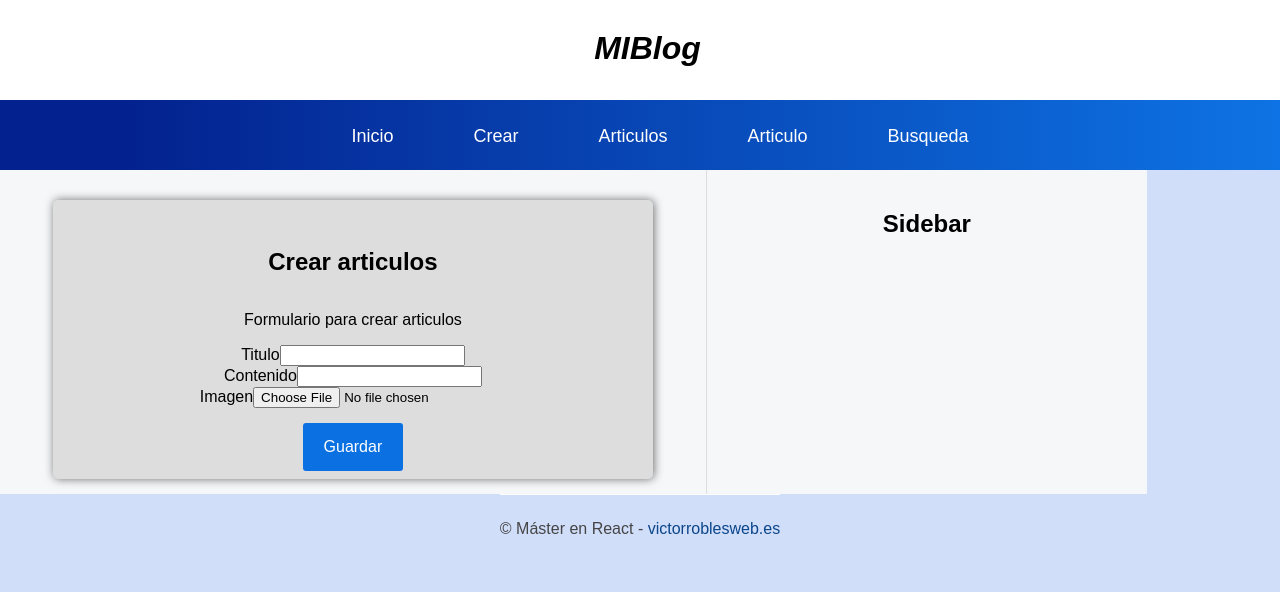
Repository: DamianBermudez94/frondEnd-blog
Page: /crear
The author's editor kept a copy of each file at every save. The page is drawn from the files as they stood at one save, then again after the next save.
The browser window is 1280 px wide. The pictures show the whole page.
The project was rebuilt for these pictures with package versions that can differ from the ones it lists, and the page was loaded fresh each time. Also part of the build but not shown: vite.config.js, src/components/pages/Inicio.jsx, src/components/pages/Busqueda.jsx, src/helper/Global.jsx, src/helper/Peticion.jsx, src/components/pages/Listado.jsx, src/components/pages/Articulos.jsx, src/components/pages/Articulo.jsx.

Above is the page before, as saved 2023-08-14 19:15:10.

### index.html
<!doctype html>
<html lang="es">
  <head>
    <meta charset="UTF-8" />
    <link rel="icon" type="image/svg+xml" href="/vite.svg" />
    <meta name="viewport" content="width=device-width, initial-scale=1.0" />
    <title>Proyecto-blog</title>
  </head>
  <body>
    <div id="root"></div>
    <script type="module" src="/src/main.jsx"></script>
  </body>
</html>

### src/main.jsx

import ReactDOM from 'react-dom/client'
import App from './App.jsx'
import './index.css'

ReactDOM.createRoot(document.getElementById('root')).render(

    <App />

)

### src/App.jsx
import { Rutas } from "./router/rutas"



function App() {


  return (
    <div className="layout">
      <Rutas></Rutas>
    </div>
  )
}

export default App

### src/index.css
/*:root {
  font-family: Inter, system-ui, Avenir, Helvetica, Arial, sans-serif;
  line-height: 1.5;
  font-weight: 400;

  color-scheme: light dark;
  color: rgba(255, 255, 255, 0.87);
  background-color: #242424;

  font-synthesis: none;
  text-rendering: optimizeLegibility;
  -webkit-font-smoothing: antialiased;
  -moz-osx-font-smoothing: grayscale;
  -webkit-text-size-adjust: 100%;
}

a {
  font-weight: 500;
  color: #646cff;
  text-decoration: inherit;
}
a:hover {
  color: #535bf2;
}

body {
  margin: 0;
  display: flex;
  place-items: center;
  min-width: 320px;
  min-height: 100vh;
}

h1 {
  font-size: 3.2em;
  line-height: 1.1;
}

button {
  border-radius: 8px;
  border: 1px solid transparent;
  padding: 0.6em 1.2em;
  font-size: 1em;
  font-weight: 500;
  font-family: inherit;
  background-color: #1a1a1a;
  cursor: pointer;
  transition: border-color 0.25s;
}
button:hover {
  border-color: #000bdb;
}
button:focus,
button:focus-visible {
  outline: 4px auto -webkit-focus-ring-color;
}

@media (prefers-color-scheme: light) {
  :root {
    color: #213547;
    background-color: #ffffff;
  }
  a:hover {
    color: #000dff;
  }
  button {
    background-color: #f9f9f9;
  }
}*/


/*ESTILOS GENERALES*/

body{
  background: #d1defa;
  font-family: sans-serif, Arial, Helvetica;
  text-align: center;
  padding: 0px;
  margin: 0px;
  box-sizing: border-box;

}

.layout{
  display: grid;
  grid-template-areas:
      "header header header header"
      "nav nav nav nav"
      "content content content lateral"
      "footer footer footer footer"
  ;
  grid-template-rows: 100px 70px auto 70px;
}

/*ESTILOS CABECERA*/

.header{
  grid-area: header;
  width: 100%;
  background: white;
  text-align: left;
  font-style: italic;

  display: flex;
  justify-content: center;
}



.header h1{
  margin-left: 15px;
  margin-top: 30px;
}

/*ESTILOS DE LA BARRA DE NAVEGACIÓN*/

.nav{
  grid-area: nav;
  background: linear-gradient(90deg, #03228f 10%, #0e73e4 100%);
}

.nav > ul {
  display: flex;
  justify-content: center;
  align-items: center;
  list-style: none;
}

.nav li{
  padding: 10px;
}

.nav a {
  display: block;
  margin-left: 30px;
  margin-right: 30px;
  font-size: 18px;
  font-weight: lighter;
  color: white;
  text-decoration: none;
  transition: all 300ms;
}

.nav a:hover{
  transform: scale(1.1, 1.1);
}

/*ESTILOS PARA EL CONTENIDO PRINCIPAL*/

.content{

  grid-area: content;
  background: #f6f7f9;
  display: flex;
  flex-flow: wrap;
  justify-content: flex-start;
  align-items: initial;
  flex-grow: 1;
}
.jumbo{
  width: 85%;
  height: 80%;
  padding-top: 20px;
  display: flex;
  background-color: #ddd;
  justify-content: center;
  align-items: center;
  flex-direction: column;
  border-radius: 5px;
  box-shadow: 1px 0px 10px 0px #6e6e6e;
  margin: 30px auto;
}
.articulo-item{
  flex-grow: 1;
  background: white;
  border-radius: 10px;
  box-shadow: 0px 0px 6px #ddd;
  margin: 20px;
  padding-top: 60px;
  padding-bottom: 60px;
  padding-left: 25px;
  padding-right: 25px;
  display: flex;
  justify-content: center;
  align-items: center;
  max-height: 225px;
}
.articulo-img img{
  width: 500px;
  overflow: hidden;
}
.articulo-item .edit{
  margin-right: 7px;
}
.articulo-datos{
  text-align: left;
}
.title-articulo{
  font-size: 25px;

}
.button,
button,
input[type="submit"],
input[type="button"]{
  width: 100px;
  background: #0b70e1;
  color: white;
  border: 0;
  outline: 0;
  padding:15px;
  border-radius: 3px;
  margin-top:15px;
  text-transform: capitalize;
  font-size: 16px;
  font-weight: 500;
  cursor: pointer;
  transition: all 300ms;
}
.articulo-borrar{
  margin-right: 20px;
}
.articulo-item .articulo-borrar:hover{

  background: #9b0202;
}

.articulo-item .articulo-editar:hover{
  background: #e77b00;
}

/*ESTILOS BARRA LATERAL*/

.lateral{
  width: 400px;
  grid-area: lateral;
  background: #f6f7f9;
  border-left: 1px solid #ddd;
  padding: 20px;
}

.lateral > div{
  box-sizing: border-box;
  width: 90%;
  margin: 20px;
  padding: 20px;
  padding-top: 10px;
  background: white;
  border-radius: 10px;
  box-shadow: 0px 0px 6px #ddd;
}

.lateral input[type="text"],
.lateral input[type="text"],
.lateral textarea,
.edit_form input[type="text"],
.edit_form input[type="text"],
.edit_form textarea
{
  display: block;
  margin: 0 auto;
  margin-top: 15px;
  padding: 12px;
  border-radius: 5px;
  background: #f6f7f9;
  color: #454545;
  width: 80%;
  max-width: 250px;
  min-width: 250px;
  min-height: 30px;
  max-height: 250px;
  opacity: 4;
  outline: 0;
  border-color: transparent;
}
.no-encontrado{
  color: #9b0202;
}
.edit_form{
  border-top: 1px solid #ddd;
  margin-top: 10px;
}

/*ESTILOS PARA EL PIE DE PÁGINA*/
.footer{
  max-height: 300px;
  grid-area: footer;
  margin: 0 auto;
  background-color: #d1defa;
  color: #454545;
  border-top: 1px solid white;

  line-height: 68px;

}

.footer a{
  color: #0b468a;
  text-decoration: none;
}

@media (max-width: 1085px){
  .content {
      flex-flow: column wrap;
      justify-content: center;
      align-items: center;
  }

  .articulo-item{
      width: 80%;
  }
}

### src/router/rutas.jsx

import { BrowserRouter, Routes, Route } from "react-router-dom";
import { Inicio } from "../components/pages/Inicio";
import { Busqueda } from "../components/pages/Busqueda";
import { Crear } from "../components/pages/Crear";
import Articulos from "../components/pages/Articulos";
import { Articulo } from "../components/pages/Articulo";
import { Header } from "../components/layout/Header";
import { Nav } from "../components/layout/Nav";
import { Footer } from "../components/layout/Footer";
import { Sidebar } from "../components/layout/Sidebar";


export const Rutas = ()=>{

    return(

        <BrowserRouter>
            {/*Layout*/}
            <Header></Header>
            <Nav></Nav>
            {/*Contenido principal y rutas*/}
            <section id="content" className="content">
                <Routes>
                    <Route path="/" element={<Inicio/>}/>
                    <Route path="/inicio" element={<Inicio/>}/>
                    <Route path="/busqueda" element={<Busqueda/>}/>
                    <Route path="/crear" element={<Crear/>}/>
                    <Route path="/articulos" element={<Articulos/>}/>
                    <Route path="/articulo" element={<Articulo/>}/>
                </Routes>
            </section>
            <Sidebar/>
            <Footer></Footer>
        </BrowserRouter>

    )

}

### src/components/pages/Crear.jsx


export const Crear = () => {
  return (
    <div className="jumbo">
      <h1>Crear articulos</h1>
      <p>Formulario para crear articulos</p>
      <form>
        <div className="grup-form">
          <label htmlFor="titulo">Titulo</label>
          <input type="text" />
        </div>
        <div className="grup-form">
          <label htmlFor="contenido">Contenido</label>
          <input type="textarea"/>
        </div>
        <div className="grup-form">
          <label htmlFor="">Imagen</label>
          <input type="file" />
        </div>
        <input type="submit" value="Guardar" className="btn btn-succes" />
      </form>
    </div>
  );
};

### src/components/layout/Header.jsx
import React from 'react'

export const Header = () => {
  return (

         <header className="header">
            <h1>MIBlog</h1>
        </header>

  )
}

### src/components/layout/Nav.jsx
import React from 'react'
import { NavLink } from 'react-router-dom'

export const Nav = () => {
  return (

           <nav className="nav">
            <ul>
                <li><NavLink to="/#">Inicio</NavLink></li>
                <li><NavLink to="/crear">Crear</NavLink></li>
                <li><NavLink to="/articulos">Articulos</NavLink></li>
                <li><NavLink to="/articulo">Articulo</NavLink></li>
                <li><NavLink to="/busqueda">Busqueda</NavLink></li>

            </ul>
        </nav>

  )
}

### src/components/layout/Footer.jsx
import React from 'react'

export const Footer = () => {
  return (

         <footer className="footer">
            &copy; Máster en React - <a href="https://victorroblesweb.es">victorroblesweb.es</a>
        </footer>

  )
}

### src/components/layout/Sidebar.jsx
import React from 'react'

export const Sidebar = () => {
  return (
        <aside className="lateral">

            <h1>Sidebar</h1>

        </aside>

  )
}

After the next save:
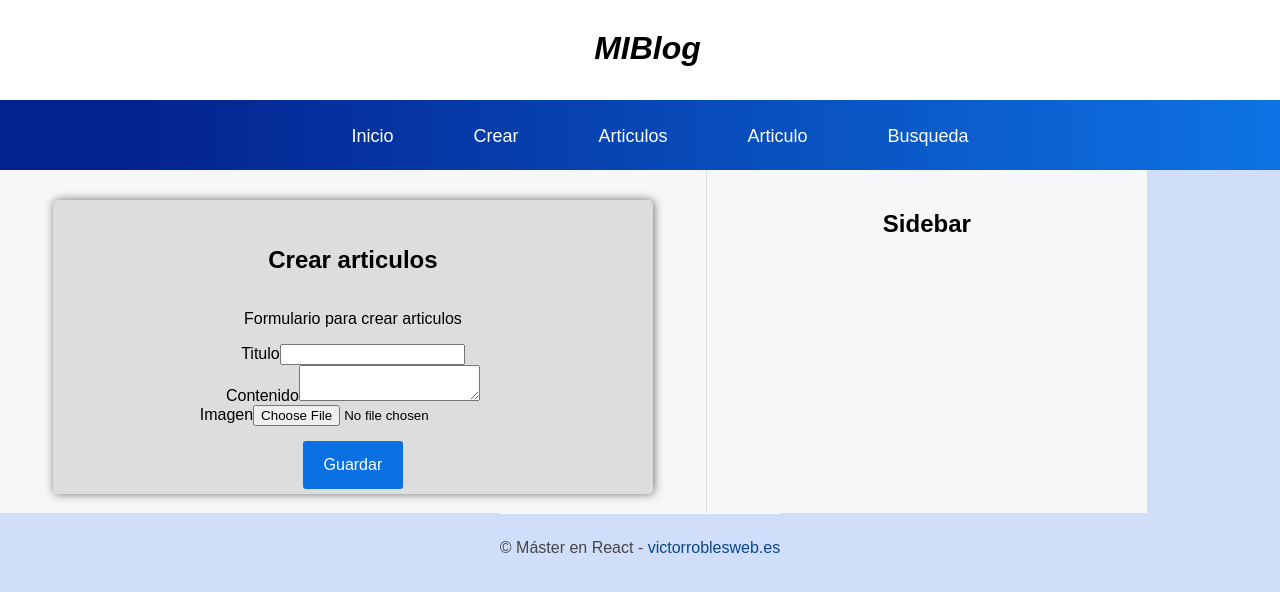
Saved 35 s later.
--- a/src/components/pages/Crear.jsx
+++ b/src/components/pages/Crear.jsx
@@ -12,7 +12,7 @@ export const Crear = () => {
         </div>
         <div className="grup-form">
           <label htmlFor="contenido">Contenido</label>
-          <input type="textarea"/>
+          <textarea type="textarea"/>
         </div>
         <div className="grup-form">
           <label htmlFor="">Imagen</label>
